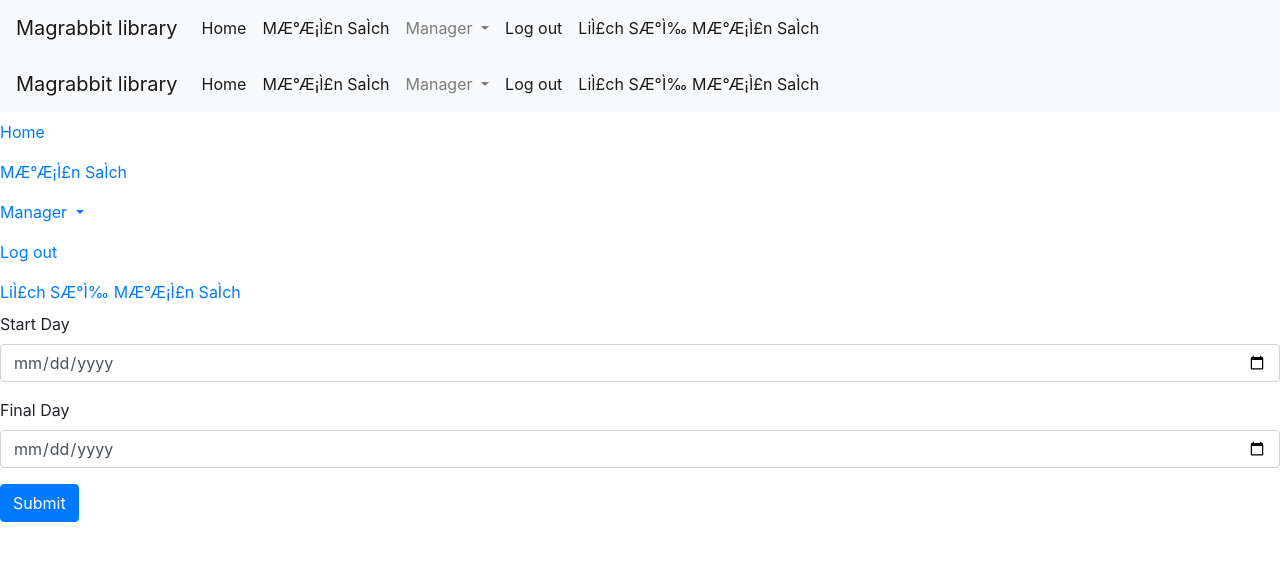
Repository: nguyenquocvuong010195/Jsp-Servlet
Page: http://localhost/JSP-Servlet-Buy/SearchDayServlet
An editor plug-in stored every save of this project. The page is shown before and after the next save, followed by the edit.
The browser window is 1280 px wide. The pictures show the whole page.
The page is served by Tomcat 9.

Above is the page before, as saved 2020-08-03 06:30:58.

After the next save:
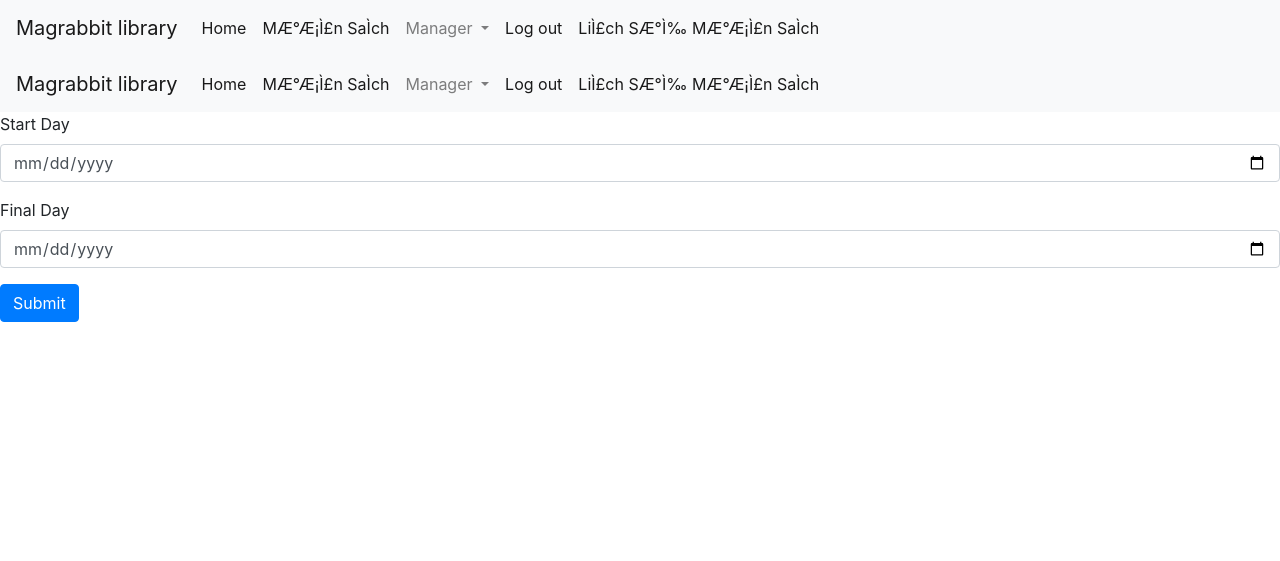
Saved 7 s later.
--- a/JSP-Servlet/JSP-Servlet-Buy/WebContent/searchDay.jsp
+++ b/JSP-Servlet/JSP-Servlet-Buy/WebContent/searchDay.jsp
@@ -17,33 +17,7 @@
 </head>
 <body>
 	<%@ include file="header.jsp"%>
-	<div class="collapse navbar-collapse show" id="navbarSupportedContent">
-		<ul class="navbar-nav mr-auto">
-			<li class="nav-item active"><a class="nav-link" href="#">Home
-					<span class="sr-only">(current)</span>
-			</a></li>
-			<li class="nav-item active"><a class="nav-link"
-				href="BookServlet">Mượn Sách</a></li>
-			<li class="nav-item dropdown"><a
-				class="nav-link dropdown-toggle" href="#" id="navbarDropdown"
-				role="button" data-toggle="dropdown" aria-haspopup="true"
-				aria-expanded="false"> Manager </a>
-				<div class="dropdown-menu" aria-labelledby="navbarDropdown">
-					<a class="dropdown-item" href="StudentManagerServlet">Students
-						Manager</a>
-					<div class="dropdown-divider"></div>
-					<a class="dropdown-item" href="BookManagerServlet">Books
-						Manager</a>
-					<div class="dropdown-divider"></div>
-					<a class="dropdown-item" href="SearchDayServlet">Search day</a>
-				</div></li>
-			<li class="nav-item active"><a class="nav-link"
-				href="LogOutServlet">Log out</a></li>
-			<li class="nav-item active"><a class="nav-link"
-				href="BookHistoryServlet">Lịch Sử Mượn Sách</a></li>
-		</ul>
 
-	</div>
 	<form action="SearchDayServlet" method="POST">
 		<div class="form-group">
 			<label for="formGroupExampleInput">Start Day </label> <input
